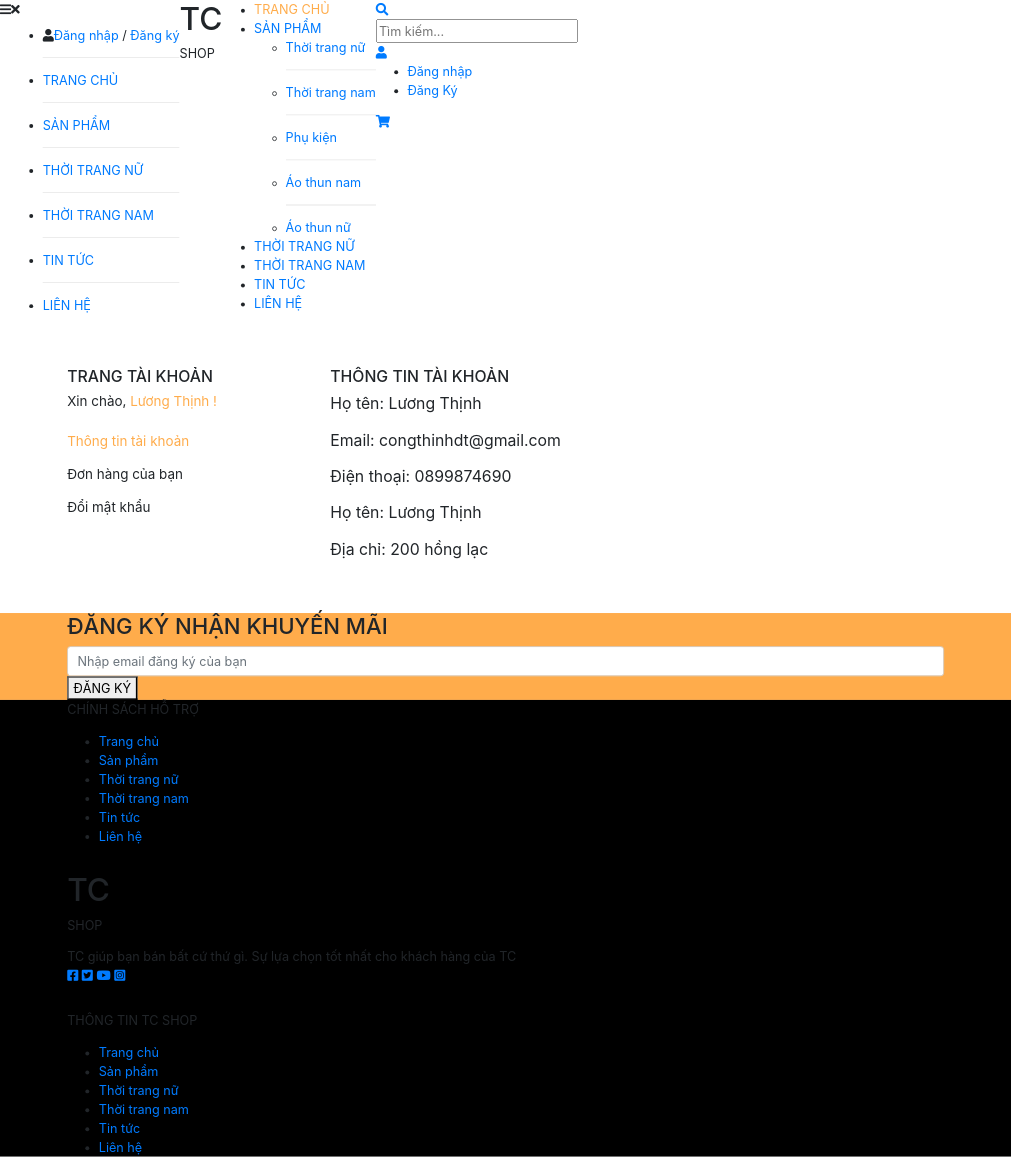
Repository: congthinh1701/TCshop
Page: ThongTinTaiKhoan.html
These files come from the project's save history. The page is drawn as it stood at one moment and after the next save; the edit follows.
The browser window is 1280 px wide. The pictures show the whole page, at 79% of full size.
The style sheet was rebuilt from its Sass, Less or Tailwind sources for each picture, by a compiler version that may differ from the author's.

Above is the page before, as saved 2021-09-08 17:17:17.

### ThongTinTaiKhoan.html
<!DOCTYPE html>
<html lang="en">
<head>
    <meta charset="UTF-8">
    <meta http-equiv="X-UA-Compatible" content="IE=edge">
    <meta name="viewport" content="width=device-width, initial-scale=1.0">
    <title>Document</title>
    <link rel="stylesheet" href="fontawesome-free-5.15.4-web/css/all.css">
    <link rel="stylesheet" href="sass/style.css">
</head>
<body>
    <div id="headerID"> <!-- your header --> </div>
    <div class="container admin">
        <div class="trang-tai-khoan">
            <h5>TRANG TÀI KHOẢN</h5>
            <div class="trang-tai-khoan-hello left ">
                <p>Xin chào, <span>Lương Thịnh !</span></p>
            </div>
            <div class="trang-tai-khoan-thong-tin left active">
                <p>Thông tin tài khoản</p>
            </div>
            <div class="trang-tai-khoan-hello left">
                <p>Đơn hàng của bạn</p>
            </div>
            <div class="trang-tai-khoan-hello left">
                <p>Đổi mật khẩu</p>
            </div>
        </div>
        <div class="thong-tin-tai-khoan">
            <h5>THÔNG TIN TÀI KHOẢN</h5>
            <div class="thong-tin-tai-khoan-name">
                <p><span>Họ tên: </span>Lương Thịnh</p>
                <p><span>Email: </span>congthinhdt@gmail.com</p>
                <p><span>Điện thoại: </span>0899874690</p>
                <p><span>Họ tên: </span>Lương Thịnh</p>
                <p><span>Địa chỉ: </span>200 hồng lạc</p>
            </div>
        </div>
    </div>
    <div id="footerID"> <!-- your header --> </div>
    <script src="https://cdnjs.cloudflare.com/ajax/libs/jquery/3.6.0/jquery.min.js" integrity="sha512-894YE6QWD5I59HgZOGReFYm4dnWc1Qt5NtvYSaNcOP+u1T9qYdvdihz0PPSiiqn/+/3e7Jo4EaG7TubfWGUrMQ==" crossorigin="anonymous" referrerpolicy="no-referrer"></script>
    <script>
        $("#headerID").load("header.html");
        $("#footerID").load("footer.html");
      </script>
</body>
</html>

### header.html
<!DOCTYPE html>
<html lang="en">
<head>
    <meta charset="UTF-8">
    <meta http-equiv="X-UA-Compatible" content="IE=edge">
    <meta name="viewport" content="width=device-width, initial-scale=1.0">
    <title>Document</title>
    <link rel="stylesheet" href="assets/css/style.css">
    <link rel="stylesheet" href="assets/css/base.css">
    <link rel="stylesheet" href="fontawesome-free-5.15.4-web/css/all.css">
    <link rel="stylesheet" href="https://maxcdn.bootstrapcdn.com/bootstrap/4.1.3/css/bootstrap.min.css">
    <script src="https://maxcdn.bootstrapcdn.com/bootstrap/4.1.3/js/bootstrap.min.js"></script>
</head>
<body>
    <div class="container-lg">
        <div class="nav">
            <label for="nav-mobile-input" class="nav_bars-btn">
                <i class="fas fa-bars"></i>
            </label>

            <input hidden type="checkbox" name="" class="nav_input" id="nav-mobile-input">
            <label for="nav-mobile-input" class="nav_overlay"></label>
            <nav class="nav-mobile">
                <label for="nav-mobile-input" class="nav__mobile-close">
                    <i class="fas fa-times"></i>
                </label>
                <ul class="nav__mobile-list">

                    <li class="nav__mobile-list-user">

                        <p><i class="fas fa-user"></i><a href="#">Đăng nhập</a> <span>/</span> <a href="#">Đăng ký</a>
                        </p>
                    </li>
                    <hr>
                    <li>
                        <a href="" class="nav__mobile-link">TRANG CHỦ</a>
                    </li>
                    <hr>
                    <li>
                        <a href="" class="nav__mobile-link">SẢN PHẨM</a>
                    </li>
                    <hr>
                    <li>
                        <a href="" class="nav__mobile-link">THỜI TRANG NỮ</a>
                    </li>
                    <hr>
                    <li>
                        <a href="" class="nav__mobile-link">THỜI TRANG NAM</a>
                    </li>
                    <hr>
                    <li>
                        <a href="" class="nav__mobile-link">TIN TỨC</a>
                    </li>
                    <hr>
                    <li>
                        <a href="" class="nav__mobile-link">LIÊN HỆ</a>
                    </li>
                </ul>
            </nav>
            <div class="nav-logo">
                <h1>TC</h1>
                <p>SHOP</p>
            </div>
            <nav class="nav-pc">
                <ul class="nav__list">
                    <li>
                        <a style="color:#ffac4b" href="home.html" class="nav__link">TRANG CHỦ</a>
                    </li>
                    <li class="options">
                        <a href="" class="nav__link">SẢN PHẨM</a>
                        <div class="nav__link-options">
                            <ul class="nav__link-options-list">
                                <li><a href="#">Thời trang nữ</a></li>
                                <hr>
                                <li><a href="#">Thời trang nam</a></li>
                                <hr>
                                <li><a href="#">Phụ kiện</a></li>
                                <hr>
                                <li><a href="#">Áo thun nam</a></li>
                                <hr>
                                <li><a href="#">Áo thun nữ</a></li>
                            </ul>
                        </div>
                    </li>
                    <li>
                        <a href="" class="nav__link">THỜI TRANG NỮ</a>
                    </li>
                    <li>
                        <a href="" class="nav__link">THỜI TRANG NAM</a>
                    </li>
                    <li>
                        <a href="" class="nav__link">TIN TỨC</a>
                    </li>
                    <li>
                        <a href="" class="nav__link">LIÊN HỆ</a>
                    </li>
                </ul>
            </nav>
            <div class="nav-right">
                <div class="search">
                    <a href="#"><i class="fas fa-search"></i></a>
                    <div class="search-hover">
                        <form>
                            <input class="search" type="text" name="search" placeholder="Tìm kiếm..." />
                        </form>
                    </div>
                </div>
                <div class="user">
                    <a href="#"> <i class="fas fa-user"></i></a>
                    <div class="user-hover">
                        <ul class="user-hover-list">
                            <li class="nav_link"><a href="#">Đăng nhập</a></li>
                            <li><a href="#">Đăng Ký</a></li>
                        </ul>
                    </div>
                </div>
                <div class="shopping">
                    <a href="card.html"><i class="fas fa-shopping-cart"></i></a>

                </div>
            </div>


        </div>
    </div>
</body>
</html>

### footer.html
<!DOCTYPE html>
<html lang="en">
<head>
    <meta charset="UTF-8">
    <meta http-equiv="X-UA-Compatible" content="IE=edge">
    <meta name="viewport" content="width=device-width, initial-scale=1.0">
    <title>Document</title>
    <link rel="stylesheet" href="assets/css/style.css">
    <link rel="stylesheet" href="assets/css/base.css">
    <link rel="stylesheet" href="fontawesome-free-5.15.4-web/css/all.css">
    <link rel="stylesheet" href="https://maxcdn.bootstrapcdn.com/bootstrap/4.1.3/css/bootstrap.min.css">
    <script src="https://maxcdn.bootstrapcdn.com/bootstrap/4.1.3/js/bootstrap.min.js"></script>
</head>
<body>
    <div class="container-lg" style="background-color: #ffac4b; margin-top: 50px;">
        <div class="container dangky">
            <div class="dangky-left">
                <h3>ĐĂNG KÝ NHẬN KHUYẾN MÃI</h3>
            </div>
            <div class="dangky-right">
                <form>
                    <input class="form-control" type="text" placeholder="Nhập email đăng ký của bạn">
                    <button type="button">ĐĂNG KÝ</button>
                </form>
            </div>
        </div>
    </div>

    <div class="container-lg" style="background-color: black">
        <div class="container footer">
            <div class="chinhsach-hotro">
                <p class="header">CHÍNH SÁCH HỖ TRỢ</p>
                <ul class="nav-list">
                    <li class="nav_link"><a href="#">Trang chủ</a></li>
                    <li class="nav_link"><a href="#">Sản phẩm</a></li>
                    <li class="nav_link"><a href="#">Thời trang nữ</a></li>
                    <li class="nav_link"><a href="#">Thời trang nam</a></li>
                    <li class="nav_link"><a href="#">Tin tức</a></li>
                    <li class="nav_link"><a href="#">Liên hệ</a></li>
                </ul>
            </div>
            <hr>
            <div class="ketnoi-shop">
                <h1>TC</h1>
                <p>SHOP</p>
                <span>TC giúp bạn bán bất cứ thứ gì. Sự lựa chọn tốt nhất cho khách hàng của TC</span>
                <div class="mangxahoi">
                    <a href="#"><i class="fab fa-facebook-square"></i></a>
                    <a href="#"><i class="fab fa-twitter-square"></i></a>
                    <a href="#"><i class="fab fa-youtube"></i></a>
                    <a href="#"><i class="fab fa-instagram-square"></i></a>
                </div>
            </div>
            <hr>
            <div class="thongtin-shop">
                <p class="header">THÔNG TIN TC SHOP</p>
                <ul class="nav-list">
                    <li class="nav_link"><a href="#">Trang chủ</a></li>
                    <li class="nav_link"><a href="#">Sản phẩm</a></li>
                    <li class="nav_link"><a href="#">Thời trang nữ</a></li>
                    <li class="nav_link"><a href="#">Thời trang nam</a></li>
                    <li class="nav_link"><a href="#">Tin tức</a></li>
                    <li class="nav_link"><a href="#">Liên hệ</a></li>
                </ul>
            </div>
        </div>
    </div>
</body>
</html>

### assets/css/base.css
:root{
    --primary-color:#EE4D2D;
    --primary-color-rgba:rgb(238,75,43);
    --white-color:#fff;
    --black-color:#000;
    --text-color:#333333;
    --font-weight:700;
    --font-size-product:19px;
    --font-weight-product:400;
    --font-size-price:18px;
    --header-height:120px;
    --navbar-height:34px;
    --header-with-search-height:calc(var(var(--header-height)-var(var(--navbar-height))))

}

### sass/style.scss

$text-fontSize:17px;
$text-fontSizeTK:20px;
$fontWeight:500;

.admin{
    display:flex;
    --columns:2;
    margin-top: 50px;
}
.trang-tai-khoan{
    width: calc(100% / var(--columns) - 20%);
    p {
        font-size: $text-fontSize;
        span{
            color: #ffac4b;
        }
    }
    &-thong-tin{
        margin-top:25px
    }
    .active {
        color: #ffac4b;
    }
}
.thong-tin-tai-khoan{
    width: calc(100% / var(--columns) + 20%);
    p{
        font-size: $text-fontSizeTK;
    }
}

Loaded but not shown: fontawesome-free-5.15.4-web/css/all.css (library)

After the next save:
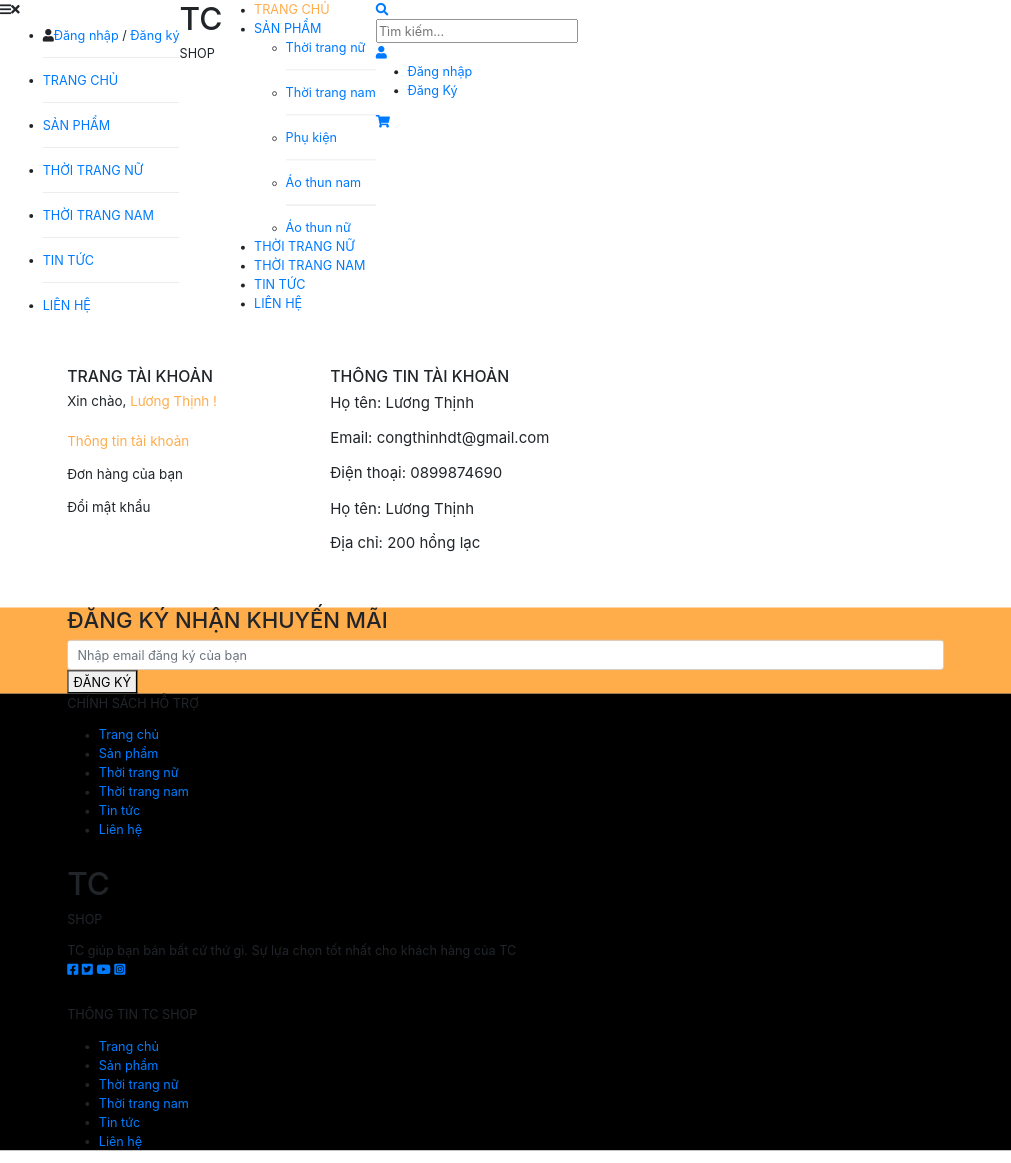
Saved 7 s later.
--- a/sass/style.scss
+++ b/sass/style.scss
@@ -1,6 +1,6 @@
 
 $text-fontSize:17px;
-$text-fontSizeTK:20px;
+$text-fontSizeTK:19px;
 $fontWeight:500;
 
 .admin{
